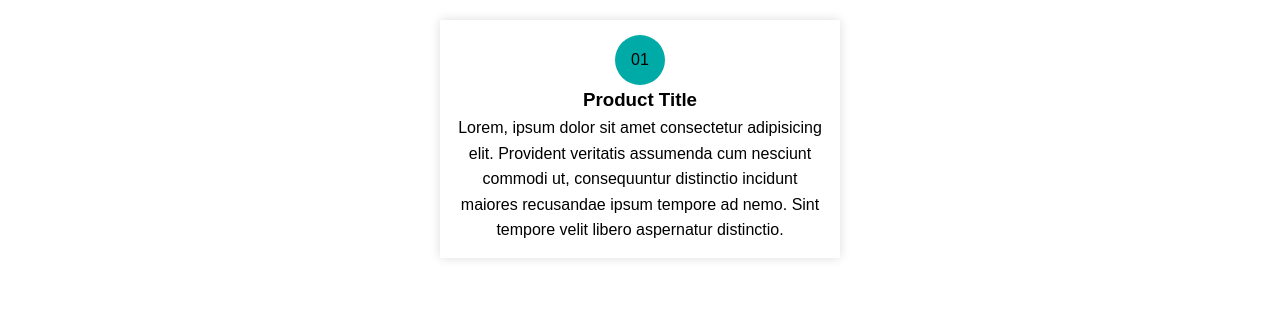
Repository: sayco/CSS-Front-End-Tutorials---Elzero
Page: 2-Fill Element Background From Other Element/index.html
An editor plug-in stored every save of this project. The page is shown before and after a run of saves, followed by the edit.
The browser window is 1280 px wide. The pictures show the whole page.

Above is the page before, as saved 2021-06-13 14:52:11.

### 2-Fill Element Background From Other Element/index.html
<!DOCTYPE html>
<html lang="en">
<head>
    <meta charset="UTF-8">
    <meta http-equiv="X-UA-Compatible" content="IE=edge">
    <meta name="viewport" content="width=device-width, initial-scale=1.0">
    <meta name="description" content="This page to practice Fill Element Background From Other Element">
    <title>Fill Element Background From Other Element</title>
    <link rel="stylesheet" href="style.css">
</head>
<body>
    <div class="product">
        <div class="number">01</div>
        <h3>Product Title</h3>
        <p>Lorem, ipsum dolor sit amet consectetur adipisicing elit. Provident veritatis assumenda cum nesciunt commodi ut, consequuntur distinctio incidunt maiores recusandae ipsum tempore ad nemo. Sint tempore velit libero aspernatur distinctio.</p>
    </div>


</body>
</html>

### 2-Fill Element Background From Other Element/style.css
*
{
    box-sizing: border-box;
    padding: 0;
    margin: 0;
}

body
{
    font-family: Arial, Helvetica, sans-serif;
    line-height: 1.6;
}

.product
{
    width: 400px;
    margin: 20px auto;
    padding: 15px;
    box-shadow: 0 0 10px #ddd;
    text-align: center;
}

.product .number
{
    width: 50px;
    height: 50px;
    border-radius: 50%;
    background-color: #00aaa7;
    display: flex;
    justify-content: center;
    align-items: center;
    margin: auto;
}

.product h3
{
    font-weight: bold;
}

After the next 2 saves:
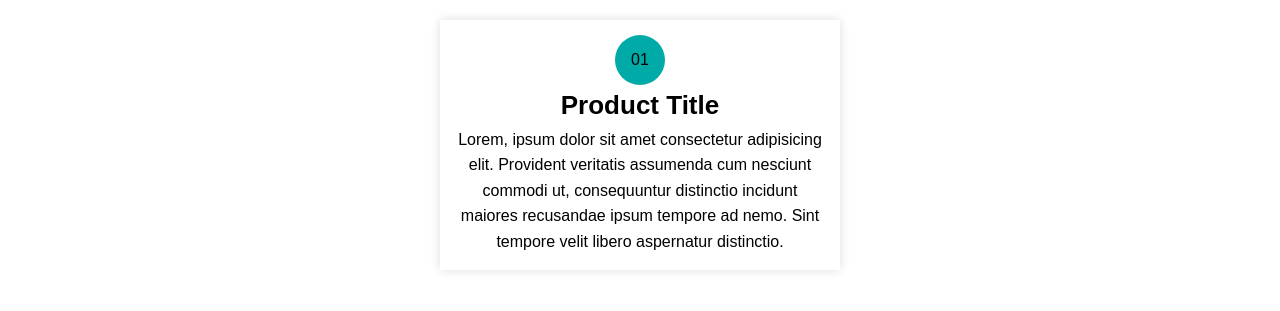
The 2 saves are shown as one change because they came seconds apart.
The last was saved 38 s later.
--- a/2-Fill Element Background From Other Element/style.css
+++ b/2-Fill Element Background From Other Element/style.css
@@ -35,4 +35,5 @@
 .product h3
 {
     font-weight: bold;
+    font-size: 26px;
 }
